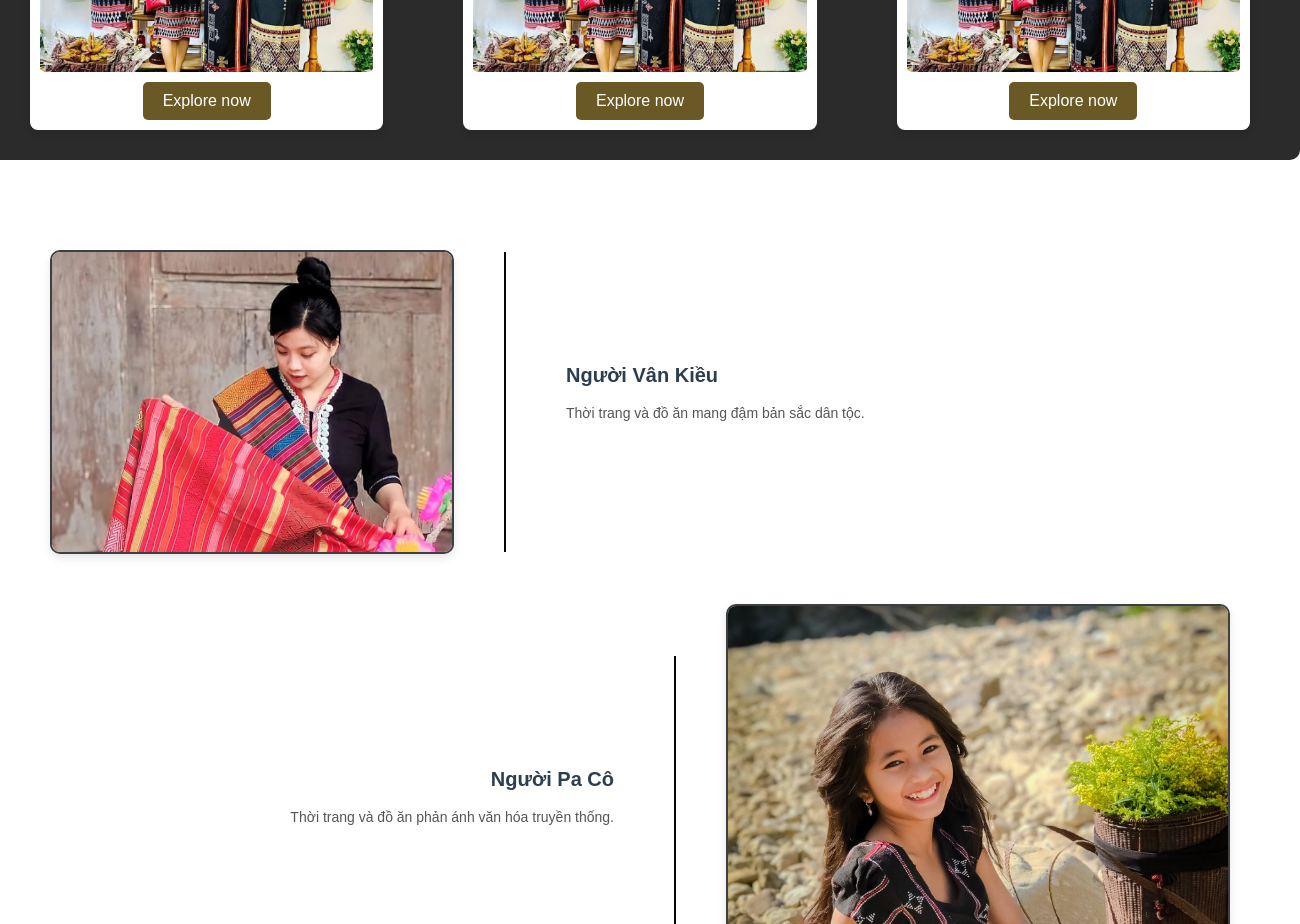
Repository: DangVai/LocalProduct
Page: Views/frontend/test.html
The author's editor kept a copy of each file at every save. The page is drawn from the files as they stood at one save, then again after a run of saves.
The browser window is 1280 px wide. The page is 1300 px wide, so the pictures cover 1300 px, including what lies to the right of the window. The pictures show the part of the page from y = 1231 to 2155 px (the page is 2309 px tall before and 2405 px after).
Pictures or frames that could not be fetched are drawn as grey boxes.

Above is the page before, as saved 2024-12-19 11:03:03.

After the next 2 saves:
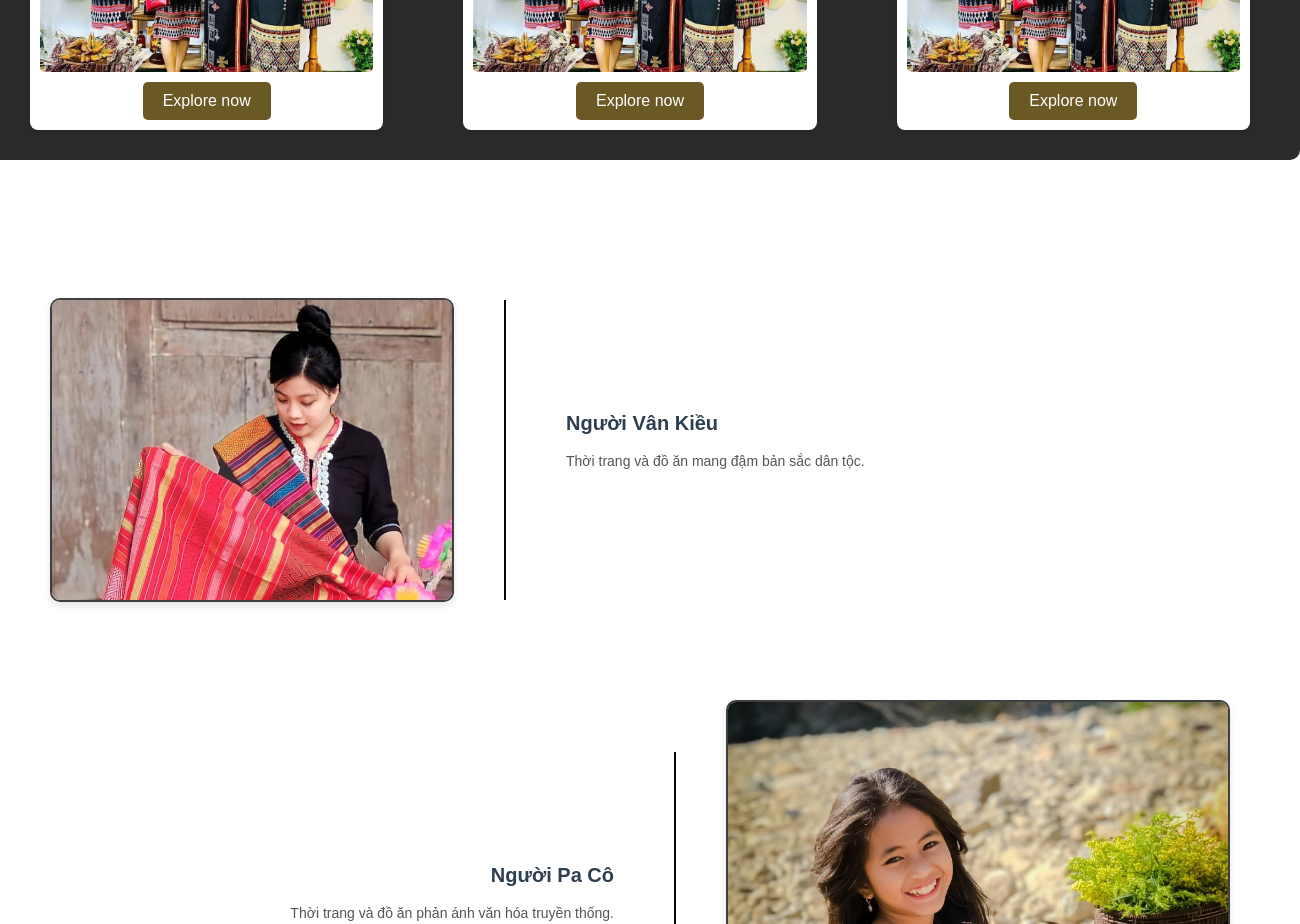
The 2 saves are shown as one change because they came seconds apart.
The last was saved 29 s later.
--- a/Views/frontend/test.html
+++ b/Views/frontend/test.html
@@ -373,7 +373,7 @@
 
         .vk,
         .pc {
-            min-height: 300px;
+            min-height: 400px;
         }
     </style>
 </head>
